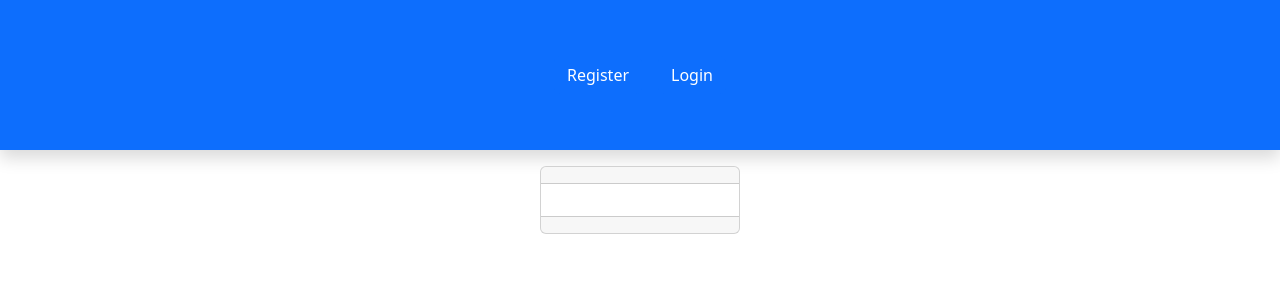
Repository: loveleii/firebase-login-logout
Page: /
An editor plug-in stored every save of this project. The page is shown before and after a run of saves, followed by the edit.
The browser window is 1280 px wide. The pictures show the whole page.
The project was rebuilt for these pictures with package versions that can differ from the ones it lists, and the page was loaded fresh each time. Also part of the build but not shown: vite.config.ts, src/views/loginView.vue, src/assets/main.css.

Above is the page before, as saved 2023-03-04 19:31:58.

After the next 2 saves:
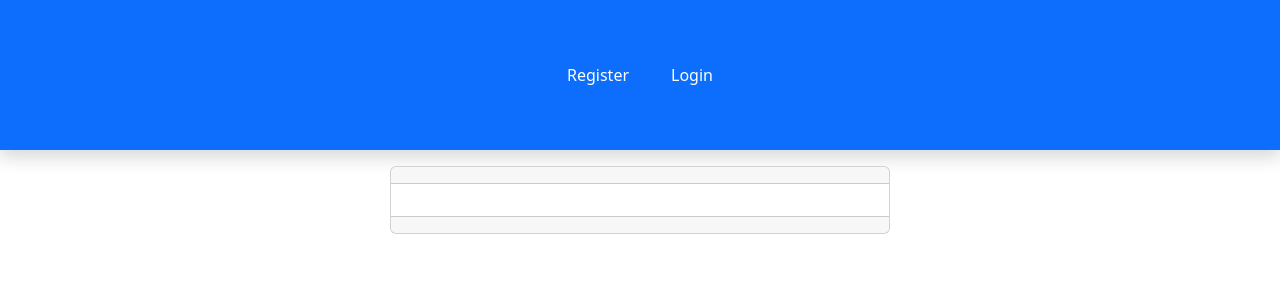
The 2 saves are shown as one change because they came seconds apart.
The last was saved 7 s later.
--- a/src/views/registerView.vue
+++ b/src/views/registerView.vue
@@ -18,6 +18,6 @@
 </script>
 <style>
 .card{
-    width: 200px;
+    width: 500px;
 }
 </style>
